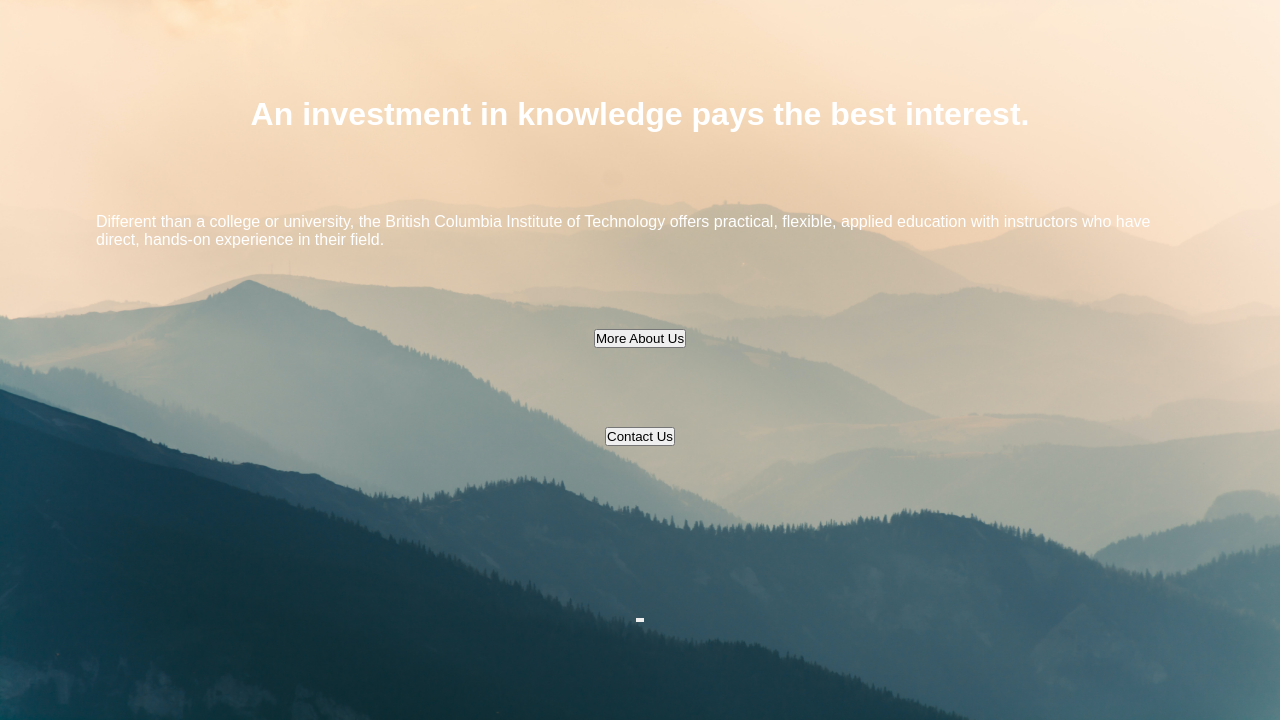
Repository: jennydmcm/assignment-1-playwright-site-A01338943
Page: /
These files come from the project's save history. The page is drawn as it stood at one moment and after the next save; the edit follows.
The browser window is 1280 px wide. The pictures show the whole page.
The project was rebuilt for these pictures with package versions that can differ from the ones it lists, and the page was loaded fresh each time. The framework's server and built-in components were replaced by stand-ins that run in the browser. Also part of the build but not shown: next.config.js.

Above is the page before, as saved 2023-02-08 09:01:26.

After the next save:
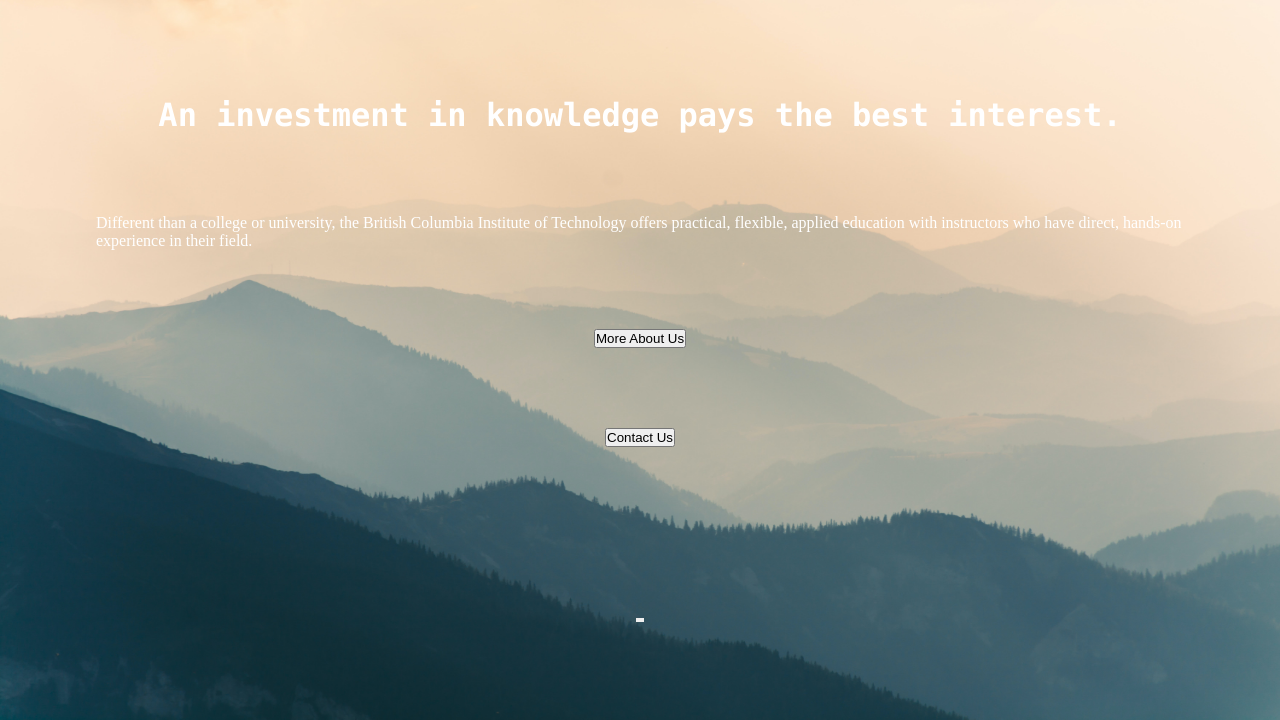
Saved 2 min 7 s later.
--- a/styles/Home.module.css
+++ b/styles/Home.module.css
@@ -5,12 +5,10 @@
   align-items: center;
   padding: 6rem;
   min-height: 100vh;
-  font-family: Arial, Helvetica, sans-serif;
-
 }
 .header{
   color: var(--primary-color);
-  font-family: Arial, Helvetica, sans-serif;
+  font-family: var(--font-mono);
 }
 .subhead{
   color: var(--primary-color);
